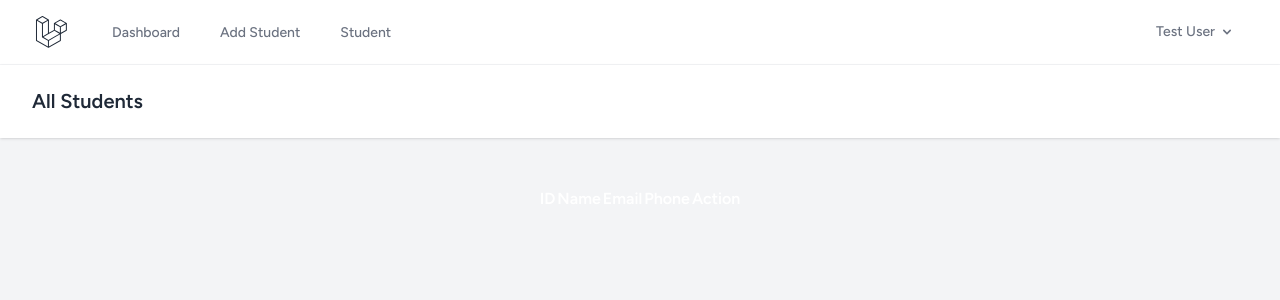
Repository: rkrukshan/CRUD-with-Laravel-V.10-Breeze
Page: http://localhost/students
These files come from the project's save history. The page is drawn as it stood at one moment and after the next save; the edit follows.
The browser window is 1280 px wide. The pictures show the whole page.
The page is served by the project's Laravel application, run on PHP 8.4 with Laravel 10. A made-up administrator, Test User (test@example.com), is signed in. Other server files are loaded and not shown. Style sheets and scripts are compiled from the project's sources, by tool versions that may differ from the author's. Queries for data that is not in the repository find no rows.

Above is the page before, as saved 2023-11-15 11:06:32.

### app/Providers/AppServiceProvider.php
<?php

namespace App\Providers;

use Illuminate\Support\Facades\Schema;
use Illuminate\Support\ServiceProvider;

class AppServiceProvider extends ServiceProvider
{
    /**
     * Register any application services.
     */
    public function register(): void
    {
        //
    }

    /**
     * Bootstrap any application services.
     */
    public function boot(): void
    {
        Schema::defaultStringLength('191');
    }
}

### routes/web.php
<?php

use App\Http\Controllers\ProfileController;
use App\Http\Controllers\StudentController;
use Illuminate\Support\Facades\Route;

/*
|--------------------------------------------------------------------------
| Web Routes
|--------------------------------------------------------------------------
|
| Here is where you can register web routes for your application. These
| routes are loaded by the RouteServiceProvider and all of them will
| be assigned to the "web" middleware group. Make something great!
|
*/

Route::get('/', function () {
    return view('welcome');
});

Route::get('/dashboard', function () {
    return view('dashboard');
})->middleware(['auth', 'verified'])->name('dashboard');

Route::middleware('auth')->group(function () {
    Route::get('/profile', [ProfileController::class, 'edit'])->name('profile.edit');
    Route::patch('/profile', [ProfileController::class, 'update'])->name('profile.update');
    Route::delete('/profile', [ProfileController::class, 'destroy'])->name('profile.destroy');
});

require __DIR__.'/auth.php';


Route::controller(StudentController::class)->group(function () {
    Route::get('/add-student', 'create');
    Route::post('/add-student', 'store');
    Route::get('/students', 'index');
});

### app/Http/Controllers/StudentController.php
<?php

namespace App\Http\Controllers;

use App\Models\Student;
use Illuminate\Http\Request;
use App\Http\Requests\StudentFormRequest;

class StudentController extends Controller
{
    /**
     * Display a listing of the resource.
     */
    public function index()
    {
        $records = Student::all();
        return view('student.index',compact('records'));
    }

    /**
     * Show the form for creating a new resource.
     */
    public function create()
    {
        $records = Student::all();
        return view('student.create',compact('records'));
    }

    /**
     * Store a newly created resource in storage.
     */
    public function store(StudentFormRequest $request)
    {
        $data=$request->validated();
        $student=Student::create($data);
        return redirect('/add-student')->with('message','Saved Successfully');
    }

    /**
     * Display the specified resource.
     */
    public function show(string $id)
    {
        //
    }

    /**
     * Show the form for editing the specified resource.
     */
    public function edit(string $id)
    {
        //
    }

    /**
     * Update the specified resource in storage.
     */
    public function update(Request $request, string $id)
    {
        //
    }

    /**
     * Remove the specified resource from storage.
     */
    public function destroy(string $id)
    {
        //
    }
}

### app/Models/Student.php
<?php

namespace App\Models;

use Illuminate\Database\Eloquent\Factories\HasFactory;
use Illuminate\Database\Eloquent\Model;

class Student extends Model
{
    use HasFactory;


    protected $fillable=['name','email','phone'];
}

### resources/views/student/index.blade.php
<x-app-layout>
    <x-slot name="header">
        <h2 class="font-semibold text-xl text-gray-800 dark:text-gray-200 leading-tight">
            {{ __('All Students') }}
        </h2>
    </x-slot>

    <div class="py-12">

<center>
    <table class="hover:table-fixed">
        <tr>
            <th class="text-white">ID</th>
            <th class="text-white">Name</th>
            <th class="text-white">Email</th>
            <th class="text-white">Phone</th>
            <th class="text-white">Action</th>
        </tr>
        <tbody>
               @foreach($records as $record)
               <tr>
               <td class="text-white">{{ $record->id }}</td>
                <td class="text-white">{{ $record->name }}</td>
                <td class="text-white">{{ $record->email }}</td>
                <td class="text-white">{{ $record->phone }}</td>
                <td class="text-white"><button class="bg-blue-500 hover:bg-blue-700 text-white font-bold py-2 px-4 rounded">Edit</button></td>
                <td class="text-white"><button class="bg-red-500 hover:bg-blue-700 text-white font-bold py-2 px-4 rounded">Delete</button></td>
            </tr>
               @endforeach

        </tbody>
    </table>
</center>
</div>
</div>
</div>
</div>
</x-app-layout>

### resources/views/layouts/navigation.blade.php
<nav x-data="{ open: false }" class="bg-white dark:bg-gray-800 border-b border-gray-100 dark:border-gray-700">
    <!-- Primary Navigation Menu -->
    <div class="max-w-7xl mx-auto px-4 sm:px-6 lg:px-8">
        <div class="flex justify-between h-16">
            <div class="flex">
                <!-- Logo -->
                <div class="shrink-0 flex items-center">
                    <a href="{{ route('dashboard') }}">
                        <x-application-logo class="block h-9 w-auto fill-current text-gray-800 dark:text-gray-200" />
                    </a>
                </div>

                <!-- Navigation Links -->
                <div class="hidden space-x-8 sm:-my-px sm:ms-10 sm:flex">
                    <x-nav-link :href="route('dashboard')" :active="request()->routeIs('dashboard')">
                        {{ __('Dashboard') }}
                    </x-nav-link>


                    <x-nav-link :href="url('add-student')" :active="request()->routeIs('dashboard')">
                        {{ __('Add Student') }}
                    </x-nav-link>


                    <x-nav-link :href="url('students')" :active="request()->routeIs('dashboard')">
                        {{ __('Student') }}
                    </x-nav-link>


                    {{--  <x-nav-link :href="route('dashboard')" :active="request()->routeIs('dashboard')">
                        {{ __('Dashboard') }}
                    </x-nav-link>  --}}
                </div>
            </div>

            <!-- Settings Dropdown -->
            <div class="hidden sm:flex sm:items-center sm:ms-6">
                <x-dropdown align="right" width="48">
                    <x-slot name="trigger">
                        <button class="inline-flex items-center px-3 py-2 border border-transparent text-sm leading-4 font-medium rounded-md text-gray-500 dark:text-gray-400 bg-white dark:bg-gray-800 hover:text-gray-700 dark:hover:text-gray-300 focus:outline-none transition ease-in-out duration-150">
                            <div>{{ Auth::user()->name }}</div>

                            <div class="ms-1">
                                <svg class="fill-current h-4 w-4" xmlns="http://www.w3.org/2000/svg" viewBox="0 0 20 20">
                                    <path fill-rule="evenodd" d="M5.293 7.293a1 1 0 011.414 0L10 10.586l3.293-3.293a1 1 0 111.414 1.414l-4 4a1 1 0 01-1.414 0l-4-4a1 1 0 010-1.414z" clip-rule="evenodd" />
                                </svg>
                            </div>
                        </button>
                    </x-slot>

                    <x-slot name="content">
                        <x-dropdown-link :href="route('profile.edit')">
                            {{ __('Profile') }}
                        </x-dropdown-link>

                        <!-- Authentication -->
                        <form method="POST" action="{{ route('logout') }}">
                            @csrf

                            <x-dropdown-link :href="route('logout')"
                                    onclick="event.preventDefault();
                                                this.closest('form').submit();">
                                {{ __('Log Out') }}
                            </x-dropdown-link>
                        </form>
                    </x-slot>
                </x-dropdown>
            </div>

            <!-- Hamburger -->
            <div class="-me-2 flex items-center sm:hidden">
                <button @click="open = ! open" class="inline-flex items-center justify-center p-2 rounded-md text-gray-400 dark:text-gray-500 hover:text-gray-500 dark:hover:text-gray-400 hover:bg-gray-100 dark:hover:bg-gray-900 focus:outline-none focus:bg-gray-100 dark:focus:bg-gray-900 focus:text-gray-500 dark:focus:text-gray-400 transition duration-150 ease-in-out">
                    <svg class="h-6 w-6" stroke="currentColor" fill="none" viewBox="0 0 24 24">
                        <path :class="{'hidden': open, 'inline-flex': ! open }" class="inline-flex" stroke-linecap="round" stroke-linejoin="round" stroke-width="2" d="M4 6h16M4 12h16M4 18h16" />
                        <path :class="{'hidden': ! open, 'inline-flex': open }" class="hidden" stroke-linecap="round" stroke-linejoin="round" stroke-width="2" d="M6 18L18 6M6 6l12 12" />
                    </svg>
                </button>
            </div>
        </div>
    </div>

    <!-- Responsive Navigation Menu -->
    <div :class="{'block': open, 'hidden': ! open}" class="hidden sm:hidden">
        <div class="pt-2 pb-3 space-y-1">
            <x-responsive-nav-link :href="route('dashboard')" :active="request()->routeIs('dashboard')">
                {{ __('Dashboard') }}
            </x-responsive-nav-link>
        </div>

        <!-- Responsive Settings Options -->
        <div class="pt-4 pb-1 border-t border-gray-200 dark:border-gray-600">
            <div class="px-4">
                <div class="font-medium text-base text-gray-800 dark:text-gray-200">{{ Auth::user()->name }}</div>
                <div class="font-medium text-sm text-gray-500">{{ Auth::user()->email }}</div>
            </div>

            <div class="mt-3 space-y-1">
                <x-responsive-nav-link :href="route('profile.edit')">
                    {{ __('Profile') }}
                </x-responsive-nav-link>

                <!-- Authentication -->
                <form method="POST" action="{{ route('logout') }}">
                    @csrf

                    <x-responsive-nav-link :href="route('logout')"
                            onclick="event.preventDefault();
                                        this.closest('form').submit();">
                        {{ __('Log Out') }}
                    </x-responsive-nav-link>
                </form>
            </div>
        </div>
    </div>
</nav>

Loaded but not shown: routes/auth.php (common file); app/Http/Controllers/Auth/EmailVerificationPromptController.php (common file); app/Http/Controllers/Controller.php (common file); app/Http/Controllers/Auth/VerifyEmailController.php (common file); app/Models/User.php (common file); app/View/Components/AppLayout.php (common file); resources/views/layouts/app.blade.php (common file); resources/views/components/application-logo.blade.php (common file); resources/views/components/nav-link.blade.php (common file); resources/views/components/dropdown-link.blade.php (common file); resources/views/components/dropdown.blade.php (common file); resources/views/components/responsive-nav-link.blade.php (common file); resources/css/app.css (common file); tailwind.config.js (common file); resources/js/app.js (common file); resources/js/bootstrap.js (common file)

After the next save:
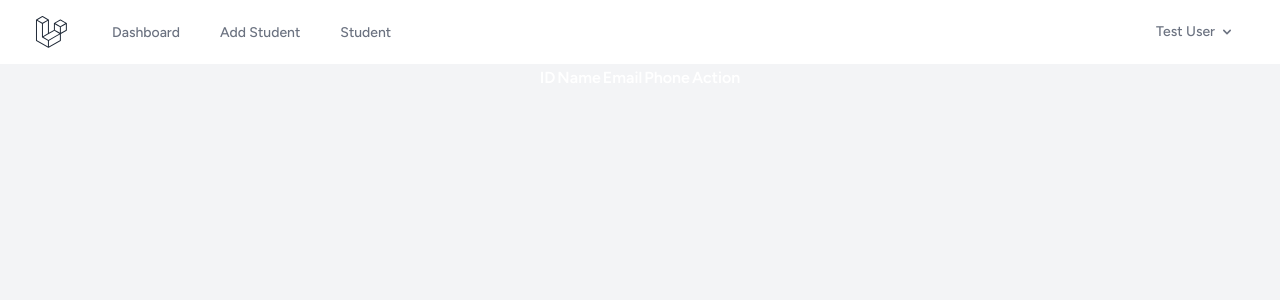
Saved 49 s later.
--- a/resources/views/student/index.blade.php
+++ b/resources/views/student/index.blade.php
@@ -1,11 +1,5 @@
 <x-app-layout>
-    <x-slot name="header">
-        <h2 class="font-semibold text-xl text-gray-800 dark:text-gray-200 leading-tight">
-            {{ __('All Students') }}
-        </h2>
-    </x-slot>
 
-    <div class="py-12">
 
 <center>
     <table class="hover:table-fixed">
